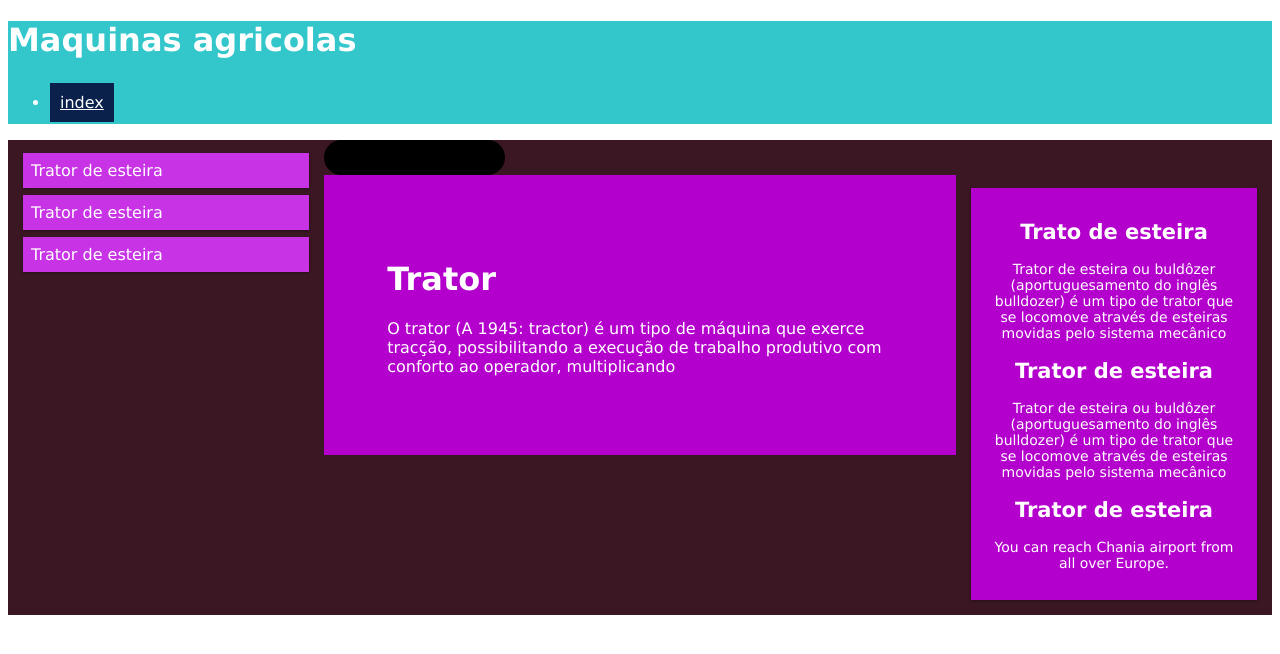
Repository: ecrseer/pesquisa-carros-html
Page: news.html
An editor plug-in stored every save of this project. The page is shown before and after the next save, followed by the edit.
The browser window is 1280 px wide. The pictures show the whole page.

Above is the page before, as saved 2022-01-21 16:16:30.
Console error: TypeError: Cannot read properties of undefined (reading 'fn')

### news.html
<!doctype html>

<html lang="pt-br">
  <html lang="pt-br">
    <head>
        <meta charset="UTF-8"/>
        <meta name="viewport" content="width=device-width,
        initial-scale=1.0"/>
        <meta http-equiv="X-UA-Compatible" content="ie=edge">
        <title>noticia</title>

  <link rel="stylesheet" href="news.css">

</head>

<body>
    <div class="header">
        <h1>Maquinas agricolas</h1>
        <nav >
            <ul class="topbtns">
                <li>
                    <a href="/index.html">index </a>
                </li>

            </ul>
        </nav>
      </div>

      <div class ="resto">
      <div class="row">
        <div class="col-3 col-s-3 menu">
          <ul>
            <li>Trator de esteira</li>
            <li>Trator de esteira</li>
            <li>Trator de esteira</li>

          </ul>
        </div>
        <input type="text" name="a" class="entr" id="entro">

        <div class="col-6 col-s-9">
          <h1>Trator</h1>
          <p>O trator (A 1945: tractor) é um tipo de máquina que exerce tracção, possibilitando a execução de trabalho produtivo com conforto ao operador, multiplicando </p>
        </div>

        <div class="col-3 col-s-12">
          <div class="aside">
            <h2>Trato de esteira</h2>
            <p>Trator de esteira ou buldôzer (aportuguesamento do inglês bulldozer) é um tipo de trator que se locomove através de esteiras movidas pelo sistema mecânico</p>
            <h2>Trator de esteira</h2>
            <p>Trator de esteira ou buldôzer (aportuguesamento do inglês bulldozer) é um tipo de trator que se locomove através de esteiras movidas pelo sistema mecânico</p>
            <h2>Trator de esteira</h2>
            <p>You can reach Chania airport from all over Europe.</p>

          </div>
        </div>

      </div>


    </div>
  <script src="scripts.js"></script>
<script src="https://maxcdn.bootstrapcdn.com/bootstrap/4.0.0/js/bootstrap.min.js" integrity="sha384-JZR6Spejh4U02d8jOt6vLEHfe/JQGiRRSQQxSfFWpi1MquVdAyjUar5+76PVCmYl" crossorigin="anonymous"></script>

</body>
</html>

### news.css
* {
    box-sizing: border-box;
    color:white;
  }

  .entr{
    border-radius: 23px;
    display: grid;
    height: 35px;
    background-color: black;
    border: none;

    text-align: center;
    outline: none;
  }
  .entr:hover{
    background-color: #3a1722 ;
  }

  .row::after {
    content: "";
    clear: both;
    display: table;
  }

  [class*="col-"] {
    float: left;
    padding: 15px;
  }

  html {
    font-family: "Lucida Sans", sans-serif;
  }

  .header {
    background-color: #33c7cc;
    position: sticky;
    z-index: 2;
    width: 100%;
    max-height: 21vh;
  }
  .resto{
      background-color: #3a1722;

  }

  .menu ul {
    list-style-type: none;
    margin: 0;
    padding: 0;
  }

  .menu li {
    padding: 8px;
    margin-bottom: 7px;
    background-color: #c733e5;
    color: #ffffff;
    box-shadow: 0 1px 3px rgba(0,0,0,0.12), 0 1px 2px rgba(0,0,0,0.24);
  }

  .menu li:hover {
    background-color: #b400cc;
  }

  .aside {
    background-color: #b400cc;
    padding: 15px;
    color: #ffffff7c;
    text-align: center;
    font-size: 14px;
    box-shadow: 0 1px 3px rgba(0,0,0,0.12), 0 1px 2px rgba(0,0,0,0.24);
  }
  .aside h2:hover{
      color: white  ;
  }

  .footer {
    background-color: #0099cc;
    color: #ffffff;
    text-align: center;
    font-size: 12px;
    padding: 15px;

  }

  /* For mobile phones: */
  [class*="col-"] {
    width: 100%;
    padding-top: 15%;

  }

  [class*="col-6"]{
      background-color: #b400cc;
      width: 98%;
      padding: 5%;

  }

  @media only screen and (min-width: 600px) {
    /* For tablets: */
    .col-s-1 {width: 8.33%;}
    .col-s-2 {width: 16.66%;}
    .col-s-3 {width: 25%; padding-top: 10%;}
    .col-s-4 {width: 33.33%;}
    .col-s-5 {width: 41.66%;}
    .col-s-6 {width: 50%;}
    .col-s-7 {width: 58.33%;}
    .col-s-8 {width: 66.66%;}
    .col-s-9 {width: 75%;}
    .col-s-10 {width: 83.33%;}
    .col-s-11 {width: 91.66%;}
    .col-s-12 {width: 100%;}
    .header{height: 5%;}
  }
  @media only screen and (min-width: 768px) {
    /* For desktop: */
    .col-1 {width: 8.33%;}
    .col-2 {width: 16.66%;}
    .col-3 {width: 25%; padding-top: 1%;}
    .col-4 {width: 33.33%;}
    .col-5 {width: 41.66%;}
    .col-6 {width: 50%;}
    .col-7 {width: 58.33%;}
    .col-8 {width: 66.66%;}
    .col-9 {width: 75%;}
    .col-10 {width: 83.33%;}
    .col-11 {width: 91.66%;}
    .col-12 {width: 100%;}
    .header{height: 12%;}
  }
  .topbtns{
    display: flex;
}

.topbtns li{
    background-color:rgb(10, 33, 76);
    margin: 2px;
}

.topbtns li a{
    padding: 10px;
    display: block;

    outline: none;

    user-select: none;
    -moz-user-select: none;
    -ms-user-select: none;
    -webkit-touch-callout: none;
    -webkit-user-select: none;
    -khtml-user-select: none;
}
.topbtns li a::selection {
    background: transparent;
    border:5px dashed red;
}
.topbtns li a::-moz-selection {
    background: transparent;
}

### scripts.js
function recurs(nmbr){

    if (nmbr==1)
    return 1;
    else
    arr.push(3*recurs(nmbr-1));
}

let
    isWhite = false,
    arr=[];
    let
    fixo=new Array(5);

    fixo[0]='E';
    fixo[4]='S';
    console.log(fixo);


function changeTheme(){
    isWhite ? document.querySelector("body").style.backgroundColor='#010101' :
    document.querySelector("body").style.backgroundColor='#fff';

    isWhite= !isWhite;

    function hapn(){
        console.log('data');
    }

    console.log(arr);
}

After the next save:
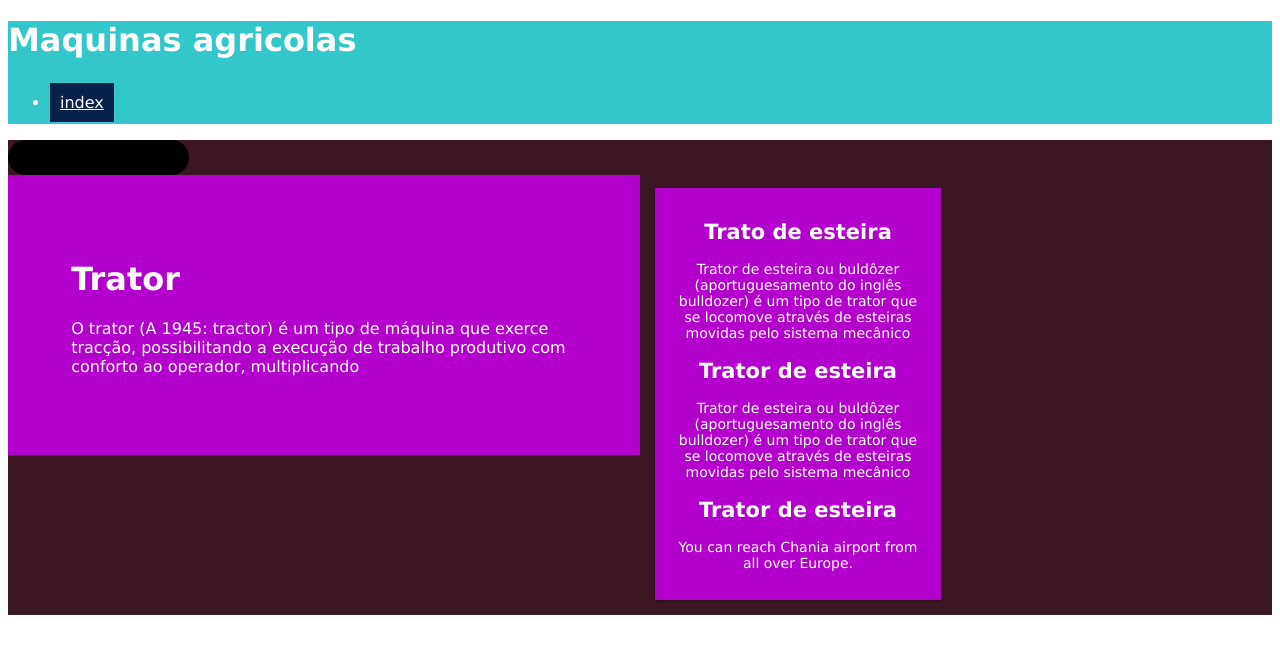
Saved 14 s later.
--- a/news.html
+++ b/news.html
@@ -28,14 +28,7 @@
 
       <div class ="resto">
       <div class="row">
-        <div class="col-3 col-s-3 menu">
-          <ul>
-            <li>Trator de esteira</li>
-            <li>Trator de esteira</li>
-            <li>Trator de esteira</li>
 
-          </ul>
-        </div>
         <input type="text" name="a" class="entr" id="entro">
 
         <div class="col-6 col-s-9">
